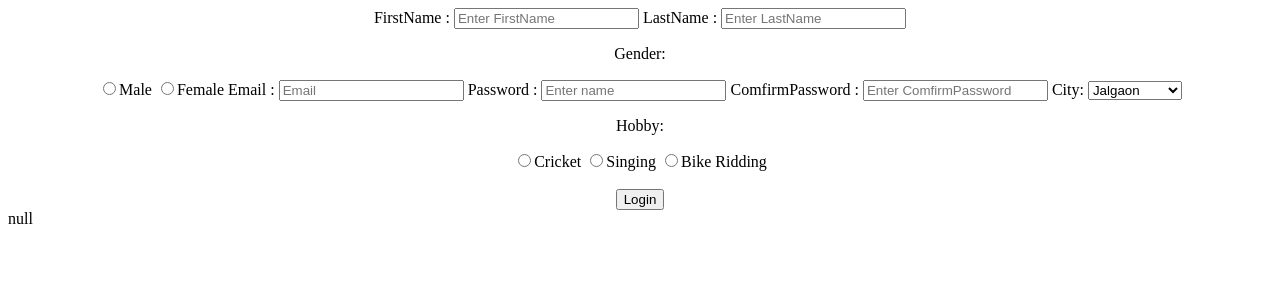
Repository: yogendra-dashore/java-ism
Page: http://localhost/23-ism-jee/Registration.jsp
These files come from the project's save history. The page is drawn as it stood at one moment and after the next save; the edit follows.
The browser window is 1280 px wide. The pictures show the whole page.
The page is served by Tomcat 9.

Above is the page before, as saved 2023-04-03 04:32:28.

After the next save:
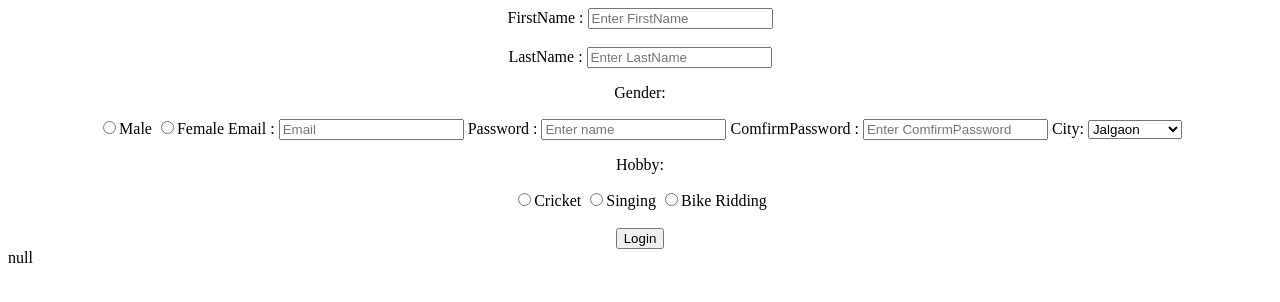
Saved 33 s later.
--- a/23-ism-jee/src/main/webapp/Registration.jsp
+++ b/23-ism-jee/src/main/webapp/Registration.jsp
@@ -14,7 +14,7 @@
 
 <form action="Registration" method="post" align="center">
 
-FirstName : <input type="text" name="FirstName" placeholder="Enter FirstName">
+FirstName : <input type="text" name="FirstName" placeholder="Enter FirstName"><br><br>
 LastName : <input type="text" name="LastName" placeholder="Enter LastName">
 <p>Gender:</p>
   <input type="radio" id="gender1" name="Gender" value="Male">Male
